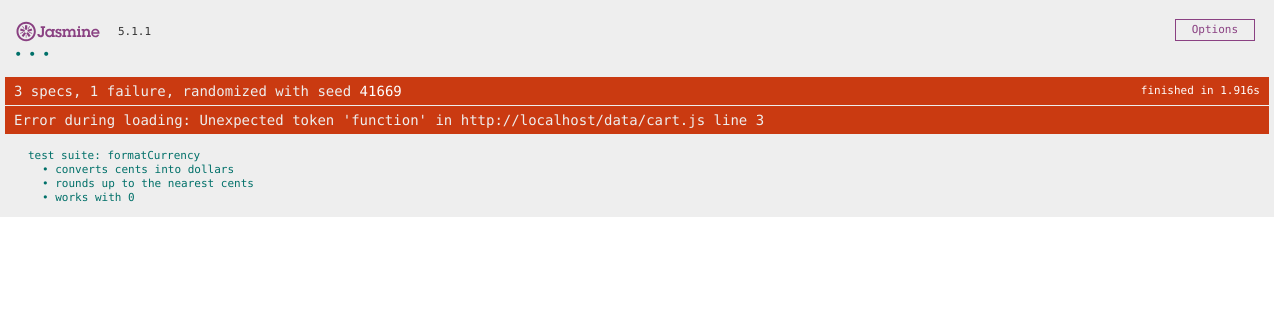
Repository: Jpr-2311/Amazon_Clone
Page: tests-jasmine/tests.html
These files come from the project's save history. The page is drawn as it stood at one moment and after a run of saves; the edit follows.
The browser window is 1280 px wide. The pictures show the whole page.

Above is the page before, as saved 2025-06-19 11:16:24.
Console error: SyntaxError: Unexpected token 'function'

### tests-jasmine/tests.html
<!DOCTYPE html>
<html>
<head>
  <meta charset="utf-8">
  <title>Jasmine Spec Runner v5.1.1</title>

  <link rel="shortcut icon" type="image/png" href="lib/jasmine-5.1.1/jasmine_favicon.png">
  <link rel="stylesheet" href="lib/jasmine-5.1.1/jasmine.css">

  <script src="lib/jasmine-5.1.1/jasmine.js"></script>
  <script src="lib/jasmine-5.1.1/jasmine-html.js"></script>
  <script src="lib/jasmine-5.1.1/boot0.js"></script>
  <!-- optional: include a file here that configures the Jasmine env -->
  <script src="lib/jasmine-5.1.1/boot1.js"></script>

  <script src="utils/moneyTest.js" type="module"></script>
  <script src="data/cartTest.js" type="module"></script>
</head>

<body>
</body>
</html>

### tests-jasmine/lib/jasmine-5.1.1/boot0.js
 /*
Copyright (c) 2008-2023 Pivotal Labs

Permission is hereby granted, free of charge, to any person obtaining
a copy of this software and associated documentation files (the
"Software"), to deal in the Software without restriction, including
without limitation the rights to use, copy, modify, merge, publish,
distribute, sublicense, and/or sell copies of the Software, and to
permit persons to whom the Software is furnished to do so, subject to
the following conditions:

The above copyright notice and this permission notice shall be
included in all copies or substantial portions of the Software.

THE SOFTWARE IS PROVIDED "AS IS", WITHOUT WARRANTY OF ANY KIND,
EXPRESS OR IMPLIED, INCLUDING BUT NOT LIMITED TO THE WARRANTIES OF
MERCHANTABILITY, FITNESS FOR A PARTICULAR PURPOSE AND
NONINFRINGEMENT. IN NO EVENT SHALL THE AUTHORS OR COPYRIGHT HOLDERS BE
LIABLE FOR ANY CLAIM, DAMAGES OR OTHER LIABILITY, WHETHER IN AN ACTION
OF CONTRACT, TORT OR OTHERWISE, ARISING FROM, OUT OF OR IN CONNECTION
WITH THE SOFTWARE OR THE USE OR OTHER DEALINGS IN THE SOFTWARE.
*/
/**
 This file starts the process of "booting" Jasmine. It initializes Jasmine,
 makes its globals available, and creates the env. This file should be loaded
 after `jasmine.js` and `jasmine_html.js`, but before `boot1.js` or any project
 source files or spec files are loaded.
 */
(function() {
  const jasmineRequire = window.jasmineRequire || require('./jasmine.js');

  /**
   * ## Require &amp; Instantiate
   *
   * Require Jasmine's core files. Specifically, this requires and attaches all of Jasmine's code to the `jasmine` reference.
   */
  const jasmine = jasmineRequire.core(jasmineRequire),
    global = jasmine.getGlobal();
  global.jasmine = jasmine;

  /**
   * Since this is being run in a browser and the results should populate to an HTML page, require the HTML-specific Jasmine code, injecting the same reference.
   */
  jasmineRequire.html(jasmine);

  /**
   * Create the Jasmine environment. This is used to run all specs in a project.
   */
  const env = jasmine.getEnv();

  /**
   * ## The Global Interface
   *
   * Build up the functions that will be exposed as the Jasmine public interface. A project can customize, rename or alias any of these functions as desired, provided the implementation remains unchanged.
   */
  const jasmineInterface = jasmineRequire.interface(jasmine, env);

  /**
   * Add all of the Jasmine global/public interface to the global scope, so a project can use the public interface directly. For example, calling `describe` in specs instead of `jasmine.getEnv().describe`.
   */
  for (const property in jasmineInterface) {
    global[property] = jasmineInterface[property];
  }
})();

### tests-jasmine/utils/moneyTest.js
import {formatCurrency} from '../../scripts/utils/money.js';

describe('test suite: formatCurrency',()=>{
 it('converts cents into dollars',()=>{
  expect(formatCurrency(2095)).toEqual('20.95');
 });

 it('works with 0',()=>{
  expect(formatCurrency(0)).toEqual('0.00');
 });

 it('rounds up to the nearest cents',()=>{
  expect(formatCurrency(2000.5)).toEqual('20.01')
 });
});

### tests-jasmine/data/cartTest.js
import {addToCart,cart} from'../../data/cart.js';

describe('test suite: addToCart',()=>{
  it('adds an existing product to the cart',()=>{

  });

  it('adds a new product to the cart',()=>{
      spyOn(localStorage,'getItem').and.callFake(()=>{
        return JSON.stringify([]);
      });
      console.log(localStorage.getItem('cart'));

      addToCart('e43638ce-6aa0-4b85-b27f-e1d07eb678c6');
      expect(cart.length).toEqual(1);
  });
});

### data/cart.js
export let

  function loadFromStorage(){
    cart = JSON.parse(localStorage.getItem('cart'));

          if (!cart) {
            cart = [{
            productId: 'e43638ce-6aa0-4b85-b27f-e1d07eb678c6',
            quantity: 2,
            deliveryOptionId: '1'
          }, {
            productId: '15b6fc6f-327a-4ec4-896f-486349e85a3d',
            quantity: 1,
            deliveryOptionId: '2'
          }];
         }
  }

function saveToStorage() {
  localStorage.setItem('cart', JSON.stringify(cart));
}

export function addToCart(productId) {
  let matchingItem;

  cart.forEach((cartItem) => {
    if (productId === cartItem.productId) {
      matchingItem = cartItem;
    }
  });

  if (matchingItem) {
    matchingItem.quantity += 1;
  } else {
    cart.push({
      productId: productId,
      quantity: 1,
      deliveryOptionId: '1'
    });
  }

  saveToStorage();
}

export function removeFromCart(productId) {
  const newCart = [];

  cart.forEach((cartItem) => {
    if (cartItem.productId !== productId) {
      newCart.push(cartItem);
    }
  });

  cart = newCart;

  saveToStorage();
}

export function updateDeliveryOption(productId, deliveryOptionId) {
  let matchingItem;

  cart.forEach((cartItem) => {
    if (productId === cartItem.productId) {
      matchingItem = cartItem;
    }
  });

  matchingItem.deliveryOptionId = deliveryOptionId;

  saveToStorage();
}

Loaded but not shown: tests-jasmine/lib/jasmine-5.1.1/jasmine.css (library); tests-jasmine/lib/jasmine-5.1.1/jasmine.js (library); tests-jasmine/lib/jasmine-5.1.1/jasmine-html.js (library); tests-jasmine/lib/jasmine-5.1.1/boot1.js (library); scripts/utils/money.js (common file)

After the next 3 saves:
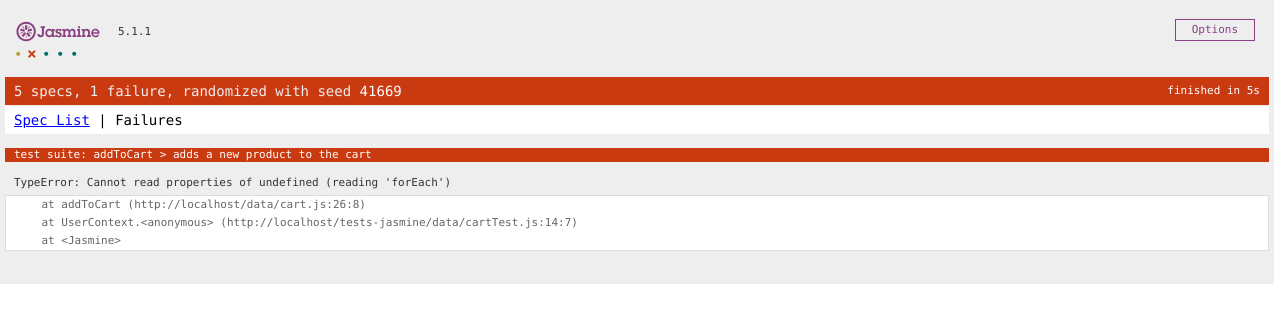
The error is gone.
The 3 saves are shown as one change because they came seconds apart.
The last was saved 21 s later.
--- a/data/cart.js
+++ b/data/cart.js
@@ -1,4 +1,4 @@
-export let
+export let cart;
 
   function loadFromStorage(){
     cart = JSON.parse(localStorage.getItem('cart'));
